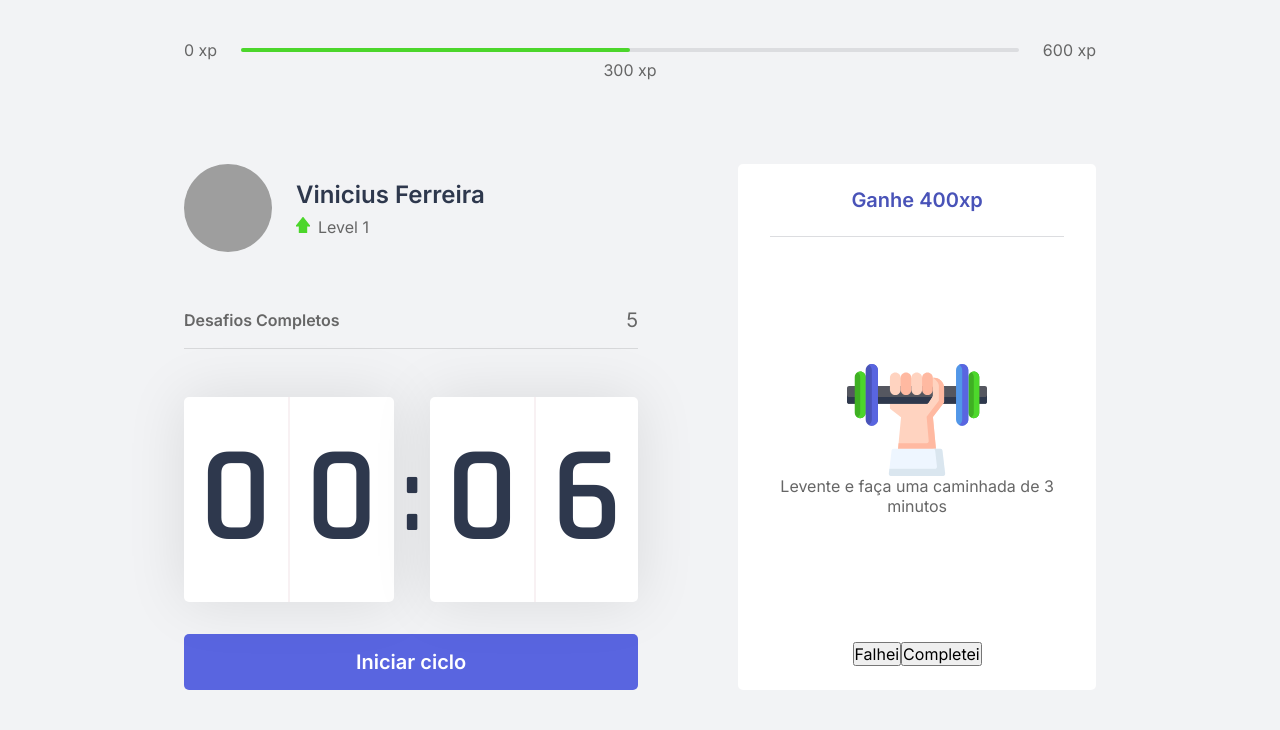
Repository: viniciusfg05/nlwFocus
Page: /
An editor plug-in stored every save of this project. The page is shown before and after the next save, followed by the edit.
The browser window is 1280 px wide. The pictures show the whole page.
Pictures or frames that could not be fetched are drawn as grey boxes. The project was rebuilt for these pictures with package versions that can differ from the ones it lists, and the page was loaded fresh each time. The framework's server and built-in components were replaced by stand-ins that run in the browser.

Above is the page before, as saved 2022-02-28 14:00:33.

### src/pages/_app.tsx
import '../styles/global.css'

import { AppProps } from 'next/app'

function MyApp({ Component, pageProps }: AppProps) {
  return <Component {...pageProps} />
}

export default MyApp

### src/pages/_document.tsx
import Document, { Html, Head, Main, NextScript} from 'next/document'

export default class Mydocument extends Document {
    render() {
        return(
            <Html>
                <Head>
                    <link rel='shortcut icon' href='favicon.png' type='image/png' />

                    <link rel="preconnect" href="https://fonts.gstatic.com" />
                    <link href="https://fonts.googleapis.com/css2?family=Inter:wght@400;500;600&family=Rajdhani:wght@600&display=swap" rel="stylesheet" />
                </Head>
                <body>
                    <Main />
                    <NextScript />
                </body>
            </Html>
        )
    }
}

### src/pages/index.tsx
import { CompleteChallenges } from "../components/CompleteChallenges";
import { CountDown } from "../components/CountDown";
import { ExperienceBar } from "../components/ExperinceBar";
import { Profile } from "../components/Profile";
import { ChallegesBox } from "../components/ChallegesBox";

import styles from "../styles/pages/Home.module.css"

import Head from 'next/head'

export default function Home() {
  return (
    <div className={styles.container}>
      <Head>
        <title>Inicio | Focus</title>
      </Head>

      <ExperienceBar />

      <section>
        <div>
          <Profile />
          <CompleteChallenges />
          <CountDown />
        </div>
        <div>
          <ChallegesBox />
        </div>
      </section>

    </div>
  )
}

### src/styles/global.css
*{
    margin: 0;
    padding: 0;
    box-sizing: border-box;
}

:root{
    --white: #fff;
    --background: #f2f3f5;
    --gray-line: #DCDDE0;
    --text: #666666;
    --text-highligth: #B3B9FF;
    --title: #2E384D;
    --red: #E83F5B;
    --green: #4CD62B;
    --blue: #5965E0;
    --blue-dark: #4953B8;
    --blue-twitter: #2AA9E0;
}

@media(max-white: 1080px) {
    html{
        font-size: 93.75%;
    }
}

@media(max-white: 750px) {
    html{
        font-size: 87.5%;
    }
}

body{
    background-color: var(--background);
    color: var(--text);

}

body, input, textarea, button {
    font: 400 1rem 'inter', sans-serif;
}

button{
    cursor: pointer;
}

a{
    color: inherit; /* para erdar a color do container */
    text-decoration: none;
}

### src/components/CompleteChallenges.tsx
import styles from '../styles/components/CompleteChallenges.module.css'


export function CompleteChallenges() {
    return(
        <div className={styles.CompleteChallenges}>
            <strong>Desafios Completos</strong>
            <span>5</span>
        </div>
    )
}

### src/components/CountDown.tsx
import { useState, useEffect } from 'react'
import styles from '../styles/components/CountDown.module.css'

let countDownTimeOut: NodeJS.Timeout; //para cancelar o timeOut


export function CountDown() {
    const [ time, setTime ] = useState(0.1 * 60)
    const [ isActive, setIsActive ] = useState(false)// para iniciar com desabilitado o conometro
    const [ timeFineshed, setTimeFineshed] = useState(false)

    const minutos = Math.floor(time / 60);
    const segundos = (time % 60); // '%' resto da divisão

    const [minuteLefts, minuteRight] = String(minutos).padStart(2, '0').split('')
    const [ segundosLefts, segundosRights ] = String(segundos).padStart(2, '0').split('')

    // padStart(2 '0') = para os numero a baixo de 10 ele vai add um '0' no inicio, ex. '05'
    // split('') = ele vai pera a string por exemplo '25' e repartir em dois '2' e '5'. split devolve um array com primeiro e segundo caractere

    function startCoutDown() {
        setIsActive(true);
    }

    function CancelCoutDown() {
        clearTimeout(countDownTimeOut)
        setIsActive(false);
        setTime((0.1 * 60))
    }

    useEffect(() => {
        if (isActive && time > 0) {
            countDownTimeOut = setTimeout(() => {setTime(time - 1);}, 1000)
        } else if (isActive && time === 0) {
            setTimeFineshed(true)
            setIsActive(false);

        }
    }, [isActive, time]);

    // setTimeout(() => {setTime(time - 1);}, 1000) = setTimeout = depois de 1000ms execute uma função; setTime recebe o valor de time -1.ou seja ele mudar para -1 a cada 1s e se add o time no useEffect sempre que o time mudar ele tira mais 1 segundo
    return(
        <div>
            <div className={styles.CountDownContainer}>
            <div>
                <span>{minuteLefts}</span>
                <span>{minuteRight}</span>
            </div>
            <span>:</span>
            <div>
                <span>{segundosLefts}</span>
                <span>{segundosRights}</span>
            </div>
        </div>

        {timeFineshed ? (
            <button
            disabled
            className={`${styles.CountdownButton} ${styles.CountdownButtonFinished}`}
            >
                Cliclo encerrado
            </button>
        ) : (
            <>
                { isActive ? (
                    <button
                    type="button"
                    className={`${styles.CountdownButton} ${styles.CountdownButtonActive} `}
                    onClick={CancelCoutDown}
                    >
                        Abondonar ciclo
                    </button>
                ) : (
                    <button
                        type="button"
                        className={styles.CountdownButton}
                        onClick={startCoutDown}
                     >
                        Iniciar ciclo
                    </button>
                )}
            </>
        )}






        </div>
    )
}

### src/components/ExperinceBar.tsx
import styles from '../styles/components/ExperienceBar.module.css'

export function ExperienceBar() {
    return(
        <header className={styles.experienceBar}>
            <span>0 xp</span>
                <div>
                    <div style={{ width: '50%',}}/>

                    <span className={styles.currentExperience} style={{ left: '50%'}}>300 xp</span>
                </div>
            <span>600 xp</span>
        </header>
    )
}

### src/components/Profile.tsx
import styles from '../styles/components/Profile.module.css'


export function Profile() {
    return(
        <div className={styles.profileContainer} >
            <img src="https://avatars.githubusercontent.com/u/68232658?s=400&u=003f61fe1fe4474daf9c3f5226d596c5f99dd759&v=4" alt="Vinicius Ferreira" />
            <div>
                <strong>Vinicius Ferreira</strong>
                <p>
                    <img src="icons/level.svg" alt="Level" />
                    Level 1
                </p>
            </div>
        </div>
    )
}

### src/components/ChallegesBox.tsx
import styles from '../styles/components/ChallegesBox.module.css'

export function ChallegesBox() {
  const hasActiveChallengen = true

  return (
    <div className={styles.ChallegesBoxContainer}>
      {hasActiveChallengen ? (
        <div className={styles.ChallegesBoxActive}>
          <header>Ganhe 400xp</header>
          <main>
            <img src="icons/body.svg" alt="Ganhe 400xp" />
            <p>Levente e faça uma caminhada de 3 minutos</p>
          </main>

          <footer>
            <button
            type="button"
            className={styles.ChallegesFailedButton}
            >
              Falhei
            </button>

            <button
            type="button"
            className={styles.ChallegesCompleteButton}
            >
              Completei
            </button>
          </footer>
        </div>


      ) : (
        <div className={styles.ChallegesBoxNotActive}>
        <strong>Finalize um ciclo para receber um desafio</strong>
        <p>
          <img src="icons/level-up.svg" alt="Level up" />
          Avance de level completando os desafios
        </p>
      </div>
      )}
    </div>
  )
}

### src/styles/pages/Home.module.css
.container{
    height: 100;
    max-width: 992px;
    margin: 0 auto;
    padding: 2.5rem;

    display: flex;
    flex-direction: column;

    gap: 6.5rem;
}

.container section {
    flex: 1;

    display: grid;
    grid-template-columns: 1fr 1fr;
    gap: 6.25rem;
    align-content: center;
}

### src/styles/components/CompleteChallenges.module.css
.CompleteChallenges {
    display: flex;
    align-items: center;
    justify-content: space-between;

    margin: 3.5rem 0 0;
    padding-bottom: 1rem;
    border-bottom: 1px solid #d7d8da;
    font-weight: 400;
    /* font: "Inter", sans-serif; ; */
    margin-bottom: 3rem
}


.CompleteChallenges span:first-child{
    font-size: 1.25rem;
}


.CompleteChallenges span:last-child{
    font-size: 1.25rem;
}

### src/styles/components/CountDown.module.css
.CountDownContainer {
  display: flex;
  align-items: center;
  font-family: Rajdhani;
  font-weight: 600;
  color: var(--title);
}

.CountDownContainer > div {
  flex: 1;

  display: flex;
  align-items: center;
  justify-content: space-evenly;

  background-color: var(--white);
  box-shadow: 0 0 60px rgba(0, 0, 0, 0.1);
  border-radius: 5px;
  font-size: 8.5rem;
  text-align: center;
}

.CountDownContainer > div span {
  flex: 1;
}

.CountDownContainer > div span:first-child {
  border-right: 1px solid #f8f1f3;
  padding: 1rem;
}

.CountDownContainer > div span:last-child {
  border-left: 1px solid #f8f1f3;
  padding: 1rem;
}

.CountDownContainer > span {
  font-size: 6.5rem;
  margin: 0 0.5rem;
}

.CountdownButton {
  width: 100%;
  height: 3.5rem;

  margin-top: 2rem;

  display: flex;
  align-items: center;
  justify-content: center;

  border: 0;
  border-radius: 5px;
  background-color: var(--blue);
  color: var(--white);

  font-size: 1.25rem;
  font-weight: 600;
  transition: background-color 0.3s;
}

.CountdownButton:not(:disabled):hover {
  background-color: var(--blue-dark);
}

.CountdownButtonActive {
  background-color: var(--red);
  color: var(--gray-line);

  transition: 0.3s;
}

.CountdownButtonActive:hover {
  background-color: #b83349;
  color: var(--gray-line);
}

.CountdownButtonFinished {
  background-color: var(--green);
  color: var(--title);
  cursor: not-allowed;
}

### src/styles/components/ExperienceBar.module.css
.experienceBar {
    display: flex;
    align-items: center;
}

.experienceBar spam {
    font-size: 1 rem;
}

.experienceBar > div {
    flex: 1;
    height: 4px;
    border-radius: 4px;
    background-color: var(--gray-line);
    margin: 0 1.5rem;
    position: relative;
}

.experienceBar > div > div{
    height: 4px;
    border-radius: 4px;
    background-color: var(--green)
}

span.currentExperience{
    position: absolute;
    top: 12px;
    transform: translateX(-50%)
}

### src/styles/components/Profile.module.css
.profileContainer {
    display: flex;
    align-items: center;
}

.profileContainer > img{
    width: 5.5rem;
    height: 5.5rem;
    border-radius: 50%;
}

.profileContainer div{
    margin-left: 1.5rem;
}

.profileContainer div strong {
    font-size: 1.5rem;
    font-weight: 600;
    color: var(--title);
}

.profileContainer div p {
    font-size: 1rem;
    margin-top: 0.5rem;
}

.profileContainer div p img {
    margin-right: 0.5rem;
}

### src/styles/components/ChallegesBox.module.css
.ChallegesBoxContainer {
  height: 100%;
  background: var(--white);
  border-radius: 5px;
  padding: 1.5rem 2rem;
  display: flex;
  flex-direction: column;
  align-items: center;
  justify-content: center;

  text-align: center;
}

.ChallegesBoxNotActive {
  display: flex;
  flex-direction: column;
  align-items: center;
}

.ChallegesBoxNotActive strong {
  font-size: 1.5rem;
  font-weight: 500;
  line-height: 1.4rem;
}

.ChallegesBoxNotActive p {
  display: flex;
  flex-direction: column;
  align-items: center;
  line-height: 1.4rem;
  max-width: 70%;
  margin-top: 3rem;
}

.ChallegesBoxNotActive p img {
  margin-bottom: 1rem;
}

.ChallegesBoxActive {
  height: 100%;
  display: flex;
  flex-direction: column;
}

.ChallegesBoxActive header {
  color: var(--blue-dark);
  font-weight: 600;
  font-size: 1.25rem;
  padding: 0 2rem 1.5rem;
  border-bottom: 1px solid var(--gray-line);
}

.ChallegesBoxActive main {
  flex: 1;
  display: flex;
  flex-direction: column;
  align-items: center;
  justify-content: center;
}

.ChallegesBoxActive main strong {
  font-size: 2rem;
}

After the next save:
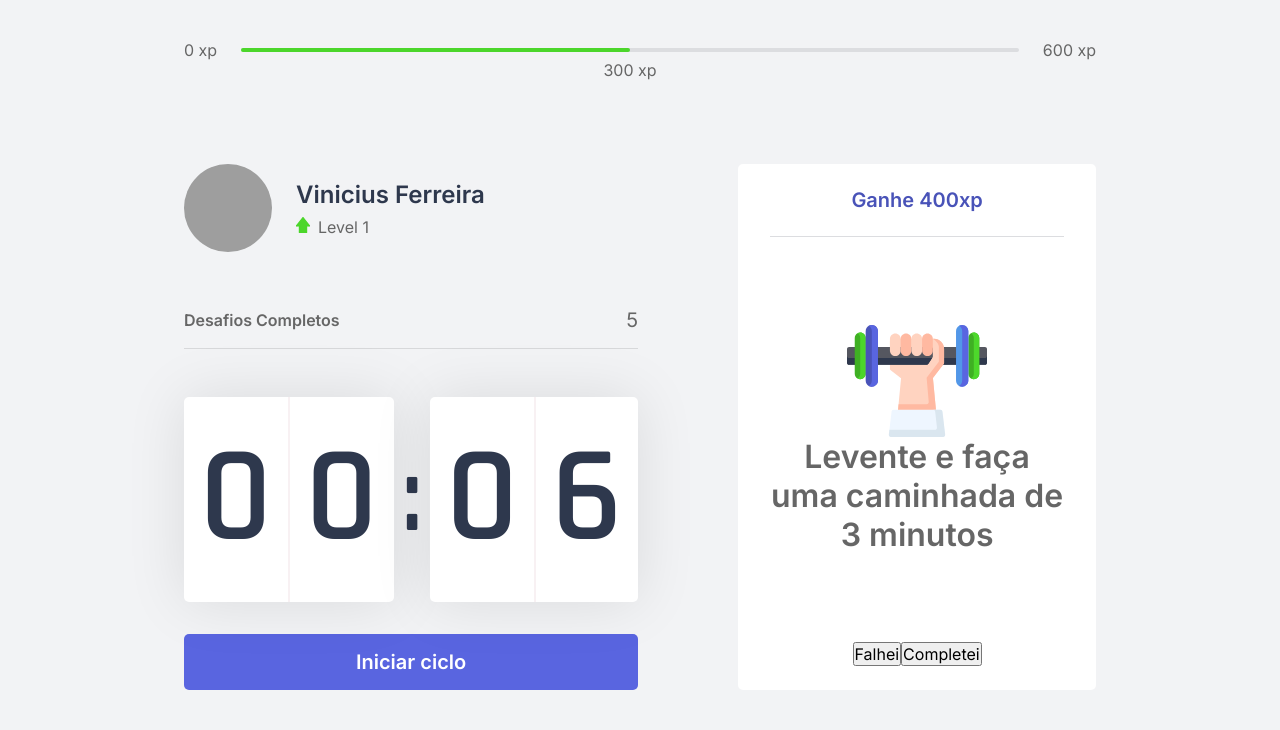
Saved 24 s later.
--- a/src/components/ChallegesBox.tsx
+++ b/src/components/ChallegesBox.tsx
@@ -10,7 +10,7 @@ export function ChallegesBox() {
           <header>Ganhe 400xp</header>
           <main>
             <img src="icons/body.svg" alt="Ganhe 400xp" />
-            <p>Levente e faça uma caminhada de 3 minutos</p>
+            <strong>Levente e faça uma caminhada de 3 minutos</strong>
           </main>
 
           <footer>
